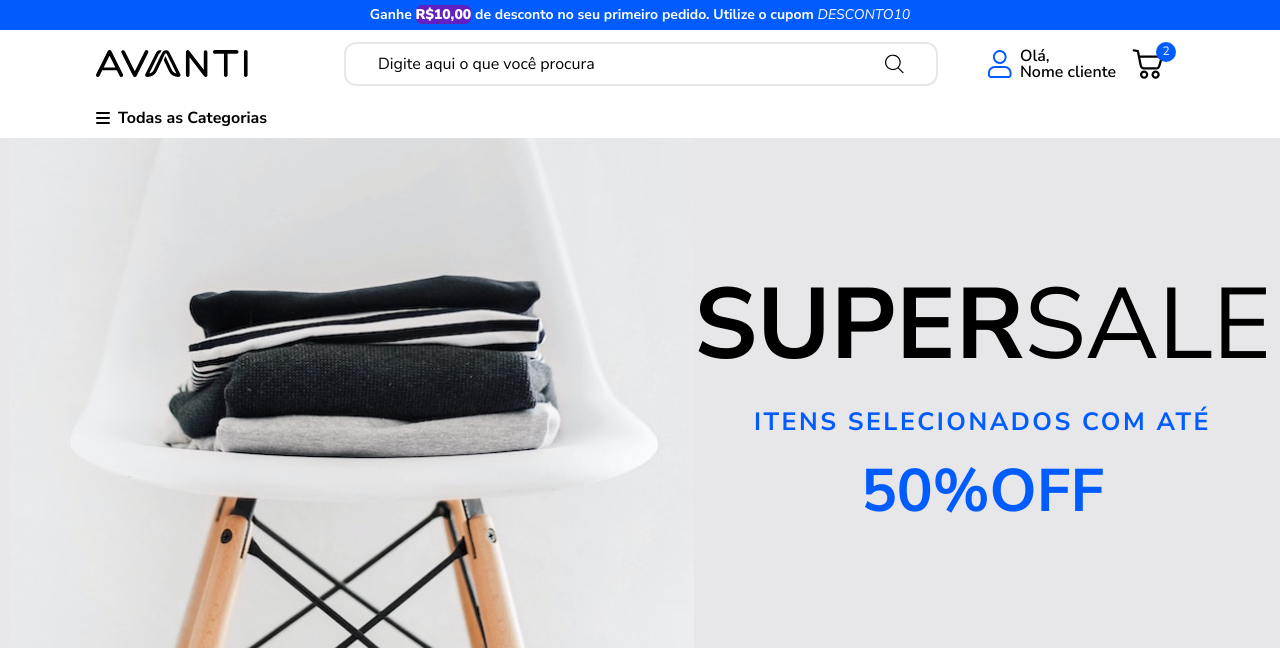
Repository: chidekina/avanti-01
Page: index.html
The author's editor kept a copy of each file at every save. The page is drawn from the files as they stood at one save, then again after the next save.
The browser window is 1280 px wide. The pictures show the part of the page from y = 0 to 668 px (the page is 3800 px tall before and 4080 px after).
A picture or video elsewhere on the page could not be fetched, so the positions and the page height are approximate.

Above is the page before, as saved 2025-04-15 14:56:28.
Console error: SyntaxError: Unexpected end of input

After the next save:
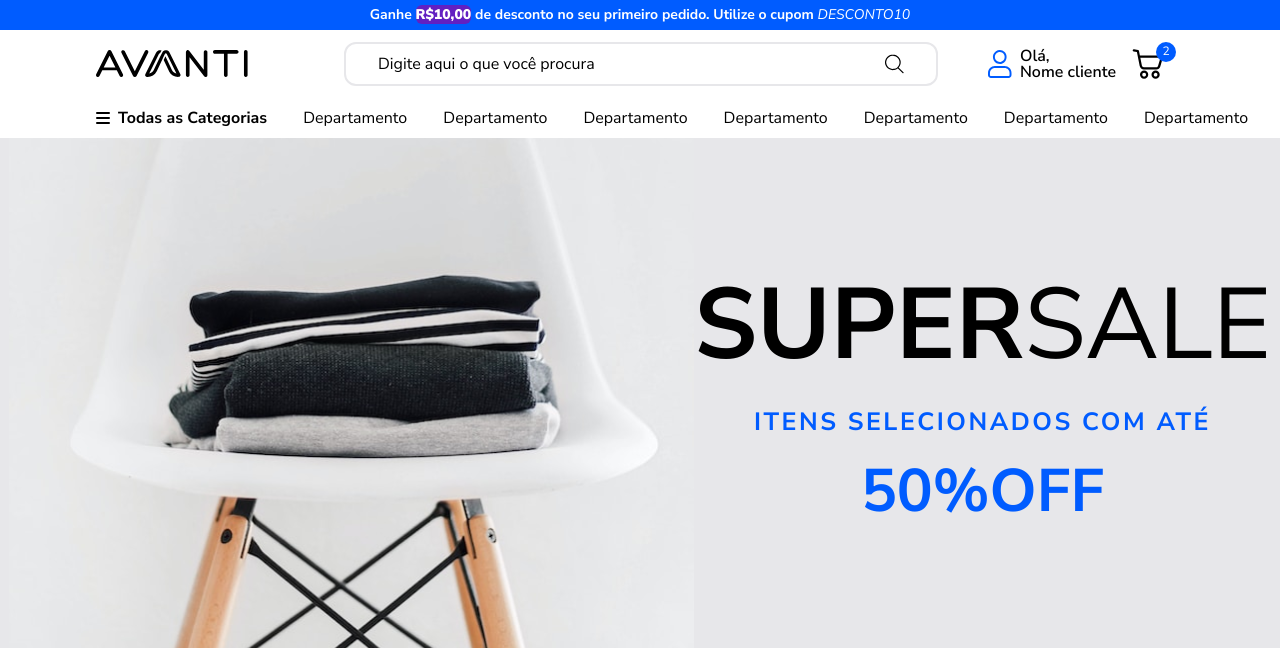
The error is gone.
Saved 10 s later.
--- a/app.js
+++ b/app.js
@@ -9,25 +9,25 @@
       this.initSwiper();
     }
 
-    render() {
-      this.innerHTML = `
-        <section class="py-[80px] px-[150px] max-md:py-[40px] max-md:px-[20px]">
-          <div>
-            <div class="flex justify-between mb-4 max-md:flex-col max-md:items-center">
-              <h3 class="font-bold text-[20px] max-md:text-[16px]">Lançamentos</h3>
-              <h4 class="max-md:mt-2 text-[16px] max-md:text-[12px]">Ver mais</h4>
-            </div>
-            <div class="swiper">
-              <div class="swiper-container">
-                <ul class="swiper-wrapper" id="swiper-wrapper"></ul>
-                <div class="swiper-button-next"></div>
-                <div class="swiper-button-prev"></div>
-                <div class="swiper-pagination"></div>
-              </div>
-            </div>
+render() {
+  this.innerHTML = `
+    <section class="py-[80px] px-[150px] max-md:py-[40px] max-md:px-[20px]">
+      <div>
+        <div class="flex justify-between mb-4 max-md:flex-col max-md:items-center">
+          <h3 class="font-bold text-[20px] max-md:text-[16px]">Lançamentos</h3>
+          <h4 class="max-md:mt-2 text-[16px] max-md:text-[12px]">Ver mais</h4>
+        </div>
+        <div class="swiper">
+          <div class="swiper-container">
+            <ul class="swiper-wrapper" id="swiper-wrapper"></ul>
+            <div class="swiper-button-next"></div>
+            <div class="swiper-button-prev"></div>
+            <div class="swiper-pagination"></div>
           </div>
-        </section>
-      `;
+        </div>
+      </div>
+    </section>
+  `;
     }
 
     initSlides() {
@@ -66,23 +66,21 @@
       }
     }
 
-initSwiper() {
-  new Swiper(this.querySelector(".swiper-container"), {
-    slidesPerView: 5,
-    spaceBetween: 10,
-    navigation: {
-      nextEl: this.querySelector(".swiper-button-next"),
-      prevEl: this.querySelector(".swiper-button-prev"),
-    },
-    pagination: {
-      el: this.querySelector(".swiper-pagination"),
-      clickable: true,
-    },
-    breakpoints: {
-      768: { slidesPerView: 2, spaceBetween: 10 }, // For screens smaller than 768px
-      1024: { slidesPerView: 3, spaceBetween: 15 }, // For screens smaller than 1024px
-    },
-  });
+    initSwiper() {
+      new Swiper(this.querySelector(".swiper-container"), {
+        slidesPerView: 5,
+        spaceBetween: 10,
+        navigation: {
+          nextEl: this.querySelector(".swiper-button-next"),
+          prevEl: this.querySelector(".swiper-button-prev"),
+        },
+        pagination: {
+          el: this.querySelector(".swiper-pagination"),
+          clickable: true,
+        },
+      });
+    }
+  }
 
   customElements.define("carousel-section", Carousel);
 
